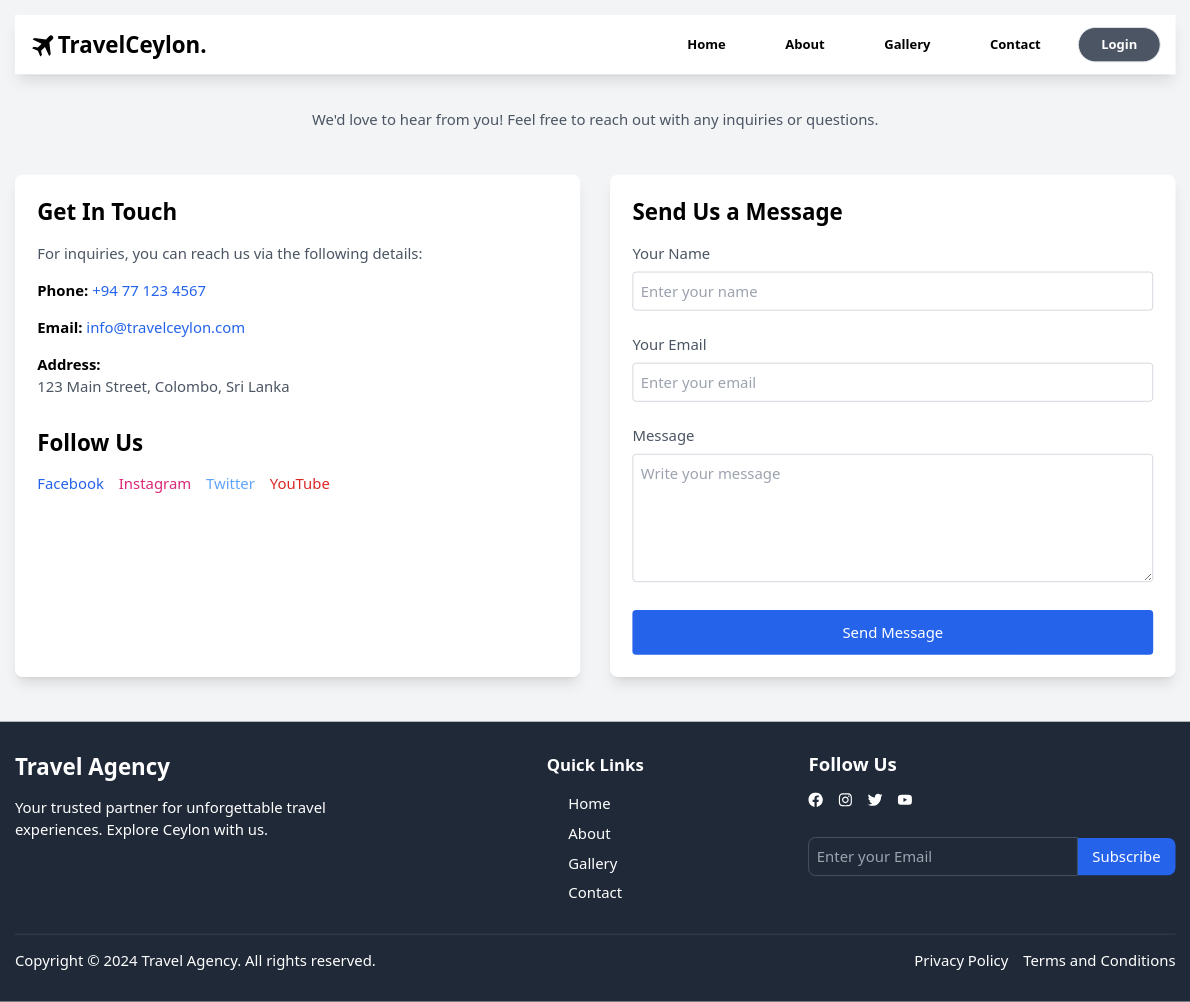
Repository: thisara199/Travel-Agency-Website
Page: /contact
These files come from the project's save history. The page is drawn as it stood at one moment and after the next save; the edit follows.
The browser window is 1280 px wide. The pictures show the whole page, at 93% of full size.
The project was rebuilt for these pictures with package versions that can differ from the ones it lists, and the page was loaded fresh each time. Also part of the build but not shown: vite.config.js, src/components/HeroSection/HeroSection.jsx, src/components/FeaturedDestination/FeaturedDestination.jsx, src/components/Testimonials/Testimonials.jsx, src/components/Banner/Banner.jsx, src/pages/Home.jsx, src/components/TeamMembers/TeamMembers.jsx, src/pages/About.jsx.

Above is the page before, as saved 2024-09-04 19:48:19.

### index.html
<!doctype html>
<html lang="en">
  <head>
    <meta charset="UTF-8" />
    <link rel="icon" type="image/svg+xml" href="/public/favicon-32x32.png" />
    <meta name="viewport" content="width=device-width, initial-scale=1.0" />
    <title>Travel Agency</title>
  </head>
  <body>
    <div id="root"></div>
    <script type="module" src="/src/main.jsx"></script>
  </body>
</html>

### src/App.jsx
import { BrowserRouter, Routes, Route } from 'react-router-dom'
import Home from './pages/Home'
import Navbar from './components/Navbar/Navbar'
import Footer from './components/Footer/Footer'
import About from './pages/About'
import Contact from './pages/Contact'

const App = () => {
  return (
    <BrowserRouter>
    <Navbar />
       <Routes>
        <Route path='/' element={<Home />} />
        <Route path='/about' element={<About />} />
        <Route path='/contact' element={<Contact />} />
       </Routes>
    <Footer />
    </BrowserRouter>
  )
}

export default App

### src/components/Navbar/Navbar.jsx
import { FaBars, FaTimes } from "react-icons/fa"
import { Link } from "react-router-dom"
import { useState } from "react"
import { BiSolidPlaneAlt } from "react-icons/bi";


const Navbar = () => {
  const [isOpen, setIsOpen] = useState(false)
  return (
    <nav className="fixed top-0 left-0 right-0 z-10 m-4 bg-white shadow-lg">
      <div className="container flex items-center justify-between h-16 px-4">
        <div className="flex items-center">
        <BiSolidPlaneAlt className="text-3xl"/>
        <h3 className="text-2xl font-bold">TravelCeylon.</h3>
        </div>
        <div className="items-center hidden space-x-4 text-sm font-bold md:flex ">
          <Link to="/" className="px-6 py-2 hover:bg-gray-600 hover:text-white">Home</Link>
          <Link to="/about" className="px-6 py-2 hover:bg-gray-600 hover:text-white">About</Link>
          <Link to="/gallery" className="px-6 py-2 hover:bg-gray-600 hover:text-white">Gallery</Link>
          <Link to="/contact" className="px-6 py-2 hover:bg-gray-600 hover:text-white">Contact</Link>
          <button className="px-6 py-2 text-white bg-gray-600 border rounded-full hover:scale-105 hover:bg-gray-500">Login</button>
        </div>
        <div className="md:hidden">
          <button onClick={() => setIsOpen(!isOpen)}>
            {isOpen ? <FaTimes /> : <FaBars />}
          </button>
        </div>
      </div>
      <div>
        {isOpen && (
           <div className="flex flex-col items-center pb-10 space-y-6 font-bold bg-white md:hidden">
           <Link to="/" className="px-6 py-2 hover:bg-gray-600 hover:text-white">Home</Link>
           <Link to="/about" className="px-6 py-2 hover:bg-gray-600 hover:text-white">About</Link>
           <Link to="/gallery" className="px-6 py-2 hover:bg-gray-600 hover:text-white">Gallery</Link>
           <Link to="/about" className="px-6 py-2 hover:bg-gray-600 hover:text-white">About</Link>
           <button className="px-6 py-2 text-white bg-gray-600 border rounded-full hover:scale-105 hover:bg-gray-500">Login</button>
         </div>
        )}
      </div>
    </nav>
  )
}

export default Navbar

### src/components/Footer/Footer.jsx
import { FaFacebook, FaInstagram, FaYoutube } from "react-icons/fa";
import { FaTwitter } from "react-icons/fa6";
import { Link } from "react-router-dom";

const Footer = () => {
  return (
    <div className="py-8 text-white bg-gray-800">
      <div className="container px-4 mx-auto">
        <div className="grid gap-8 sm:grid-cols-1 lg:grid-cols-3">
          <div>
            <h2 className="mb-4 text-2xl font-bold">Travel Agency</h2>
            <p className="mb-4">
              Your trusted partner for unforgettable travel experiences. Explore
              Ceylon with us.
            </p>
          </div>
          <div className="flex flex-col md:items-center">
            <h4 className="text-lg font-semibold">Quick Links</h4>
            <div className="flex flex-col mt-4 space-y-2">
              <Link to="/">Home</Link>
              <Link to="/about">About</Link>
              <Link to="/gallery">Gallery</Link>
              <Link to="/contact">Contact</Link> {/* Updated link */}
            </div>
          </div>
          <div>
            <h2 className="mb-4 text-xl font-bold">Follow Us</h2>
            <div className="flex mb-4 space-x-4">
              <FaFacebook className="text-white hover:text-gray-400" aria-label="Facebook" />
              <FaInstagram className="text-white hover:text-gray-400" aria-label="Instagram" />
              <FaTwitter className="text-white hover:text-gray-400" aria-label="Twitter" />
              <FaYoutube className="text-white hover:text-gray-400" aria-label="YouTube" />
            </div>
            <form action="" className="flex items-center mt-8">
              <input
                type="email"
                placeholder="Enter your Email"
                className="w-full p-2 bg-gray-800 border border-gray-600 rounded-l-lg"
              />
              <button
                type="submit"
                className="px-4 py-2 text-white bg-blue-600 rounded-r-lg hover:bg-blue-700"
              >
                Subscribe
              </button>
            </form>
          </div>
        </div>
        <div className="flex justify-between pt-4 mt-8 border-t border-gray-700">
          <p>Copyright &copy; 2024 Travel Agency. All rights reserved.</p>
          <div className="flex space-x-4">
            <Link to="/privacy" className="hover:text-gray-400">Privacy Policy</Link>
            <Link to="/terms" className="hover:text-gray-400">Terms and Conditions</Link>
          </div>
        </div>
      </div>
    </div>
  );
};

export default Footer;

### src/pages/Contact.jsx
const Contact = () => {
  return (
    <div className="py-12 overflow-x-hidden bg-gray-100"> {/* Added overflow-x-hidden */}
      <div className="container max-w-full px-4 mx-auto"> {/* Ensuring full width on all devices */}
        <h2 className="mb-8 text-3xl font-bold text-center">Contact Us</h2>
        <p className="mb-12 text-center text-gray-600">
          We&apos;d love to hear from you! Feel free to reach out with any inquiries or questions.
        </p>

        <div className="grid gap-8 sm:grid-cols-1 md:grid-cols-2">
          {/* Contact Details */}
          <div className="p-6 bg-white rounded-lg shadow-lg">
            <h3 className="mb-4 text-2xl font-semibold">Get In Touch</h3>
            <p className="mb-4 text-gray-600">For inquiries, you can reach us via the following details:</p>
            <ul>
              <li className="mb-4">
                <strong>Phone:</strong>{' '}
                <a href="tel:+94-771234567" className="text-blue-600 hover:underline">
                  +94 77 123 4567
                </a>
              </li>
              <li className="mb-4">
                <strong>Email:</strong>{' '}
                <a href="mailto:info@travelceylon.com" className="text-blue-600 hover:underline">
                  info@travelceylon.com
                </a>
              </li>
              <li className="mb-4">
                <strong>Address:</strong>
                <p className="text-gray-600">123 Main Street, Colombo, Sri Lanka</p>
              </li>
            </ul>

            <h3 className="mt-8 mb-4 text-2xl font-semibold">Follow Us</h3>
            <div className="flex space-x-4">
              <a
                href="https://facebook.com"
                target="_blank"
                rel="noopener noreferrer"
                className="text-blue-600 hover:text-blue-800"
              >
                <i className="fab fa-facebook-f"></i> Facebook
              </a>
              <a
                href="https://instagram.com"
                target="_blank"
                rel="noopener noreferrer"
                className="text-pink-600 hover:text-pink-800"
              >
                <i className="fab fa-instagram"></i> Instagram
              </a>
              <a
                href="https://twitter.com"
                target="_blank"
                rel="noopener noreferrer"
                className="text-blue-400 hover:text-blue-600"
              >
                <i className="fab fa-twitter"></i> Twitter
              </a>
              <a
                href="https://youtube.com"
                target="_blank"
                rel="noopener noreferrer"
                className="text-red-600 hover:text-red-800"
              >
                <i className="fab fa-youtube"></i> YouTube
              </a>
            </div>
          </div>

          {/* Contact Form */}
          <div className="p-6 bg-white rounded-lg shadow-lg">
            <h3 className="mb-4 text-2xl font-semibold">Send Us a Message</h3>
            <form action="" className="space-y-6">
              <div>
                <label className="block mb-2 text-gray-600">Your Name</label>
                <input
                  type="text"
                  className="w-full p-2 border border-gray-300 rounded"
                  placeholder="Enter your name"
                  required
                />
              </div>
              <div>
                <label className="block mb-2 text-gray-600">Your Email</label>
                <input
                  type="email"
                  className="w-full p-2 border border-gray-300 rounded"
                  placeholder="Enter your email"
                  required
                />
              </div>
              <div>
                <label className="block mb-2 text-gray-600">Message</label>
                <textarea
                  className="w-full p-2 border border-gray-300 rounded"
                  rows="5"
                  placeholder="Write your message"
                  required
                ></textarea>
              </div>
              <button
                type="submit"
                className="w-full py-3 text-white bg-blue-600 rounded hover:bg-blue-800"
              >
                Send Message
              </button>
            </form>
          </div>
        </div>
      </div>
    </div>
  );
};

export default Contact;

### src/components/Services/Services.jsx
import { FaConciergeBell, FaHotel, FaPlane, FaUmbrellaBeach } from 'react-icons/fa';

const services = [
  {
    icon: <FaPlane className='text-4xl text-blue-500' />,
    title: 'Flight Booking',
    description: 'Effortlessly book your flights with our streamlined process and find the best deals.',
  },
  {
    icon: <FaHotel className='text-4xl text-blue-500' />,
    title: 'Hotel Booking',
    description: 'Secure your ideal hotel stay quickly with our simple booking system and exclusive offers.',
  },
  {
    icon: <FaUmbrellaBeach className='text-4xl text-blue-500' />,
    title: 'Beach Tours',
    description: 'Discover pristine beaches and breathtaking views with our curated beach tour packages.',
  },
  {
    icon: <FaConciergeBell className='text-4xl text-blue-500' />,
    title: 'Concierge Services',
    description: 'Enjoy personalized concierge services that cater to all your needs, ensuring a seamless experience.',
  },
];

const Services = () => {
  return (
    <div className='py-12 bg-gray-100'>
      <div className='container px-4 mx-auto'>
        <h2 className='mb-8 text-3xl font-bold text-center'>Our Services</h2>
        <div data-aos="flip-left" className='grid gap-6 sm:grid-cols-2 lg:grid-cols-3 xl:grid-cols-4 '>
          {services.map((service) => (
            <div  key={service.title} className='flex flex-col items-center p-8 transition duration-300 transform bg-white rounded-lg shadow-md cursor-pointer hover:scale-110'>
              <div className='flex justify-center py-6 mb-4'>
                {service.icon}
              </div>
              <h3 className='mb-2 text-xl font-bold text-center'>{service.title}</h3>
              <p className='py-5 text-center text-gray-600'>{service.description}</p>
            </div>
          ))}
        </div>
      </div>
    </div>
  );
};

export default Services;

Loaded but not shown: src/main.jsx (common file); src/index.css (common file); tailwind.config.js (common file)

After the next save:
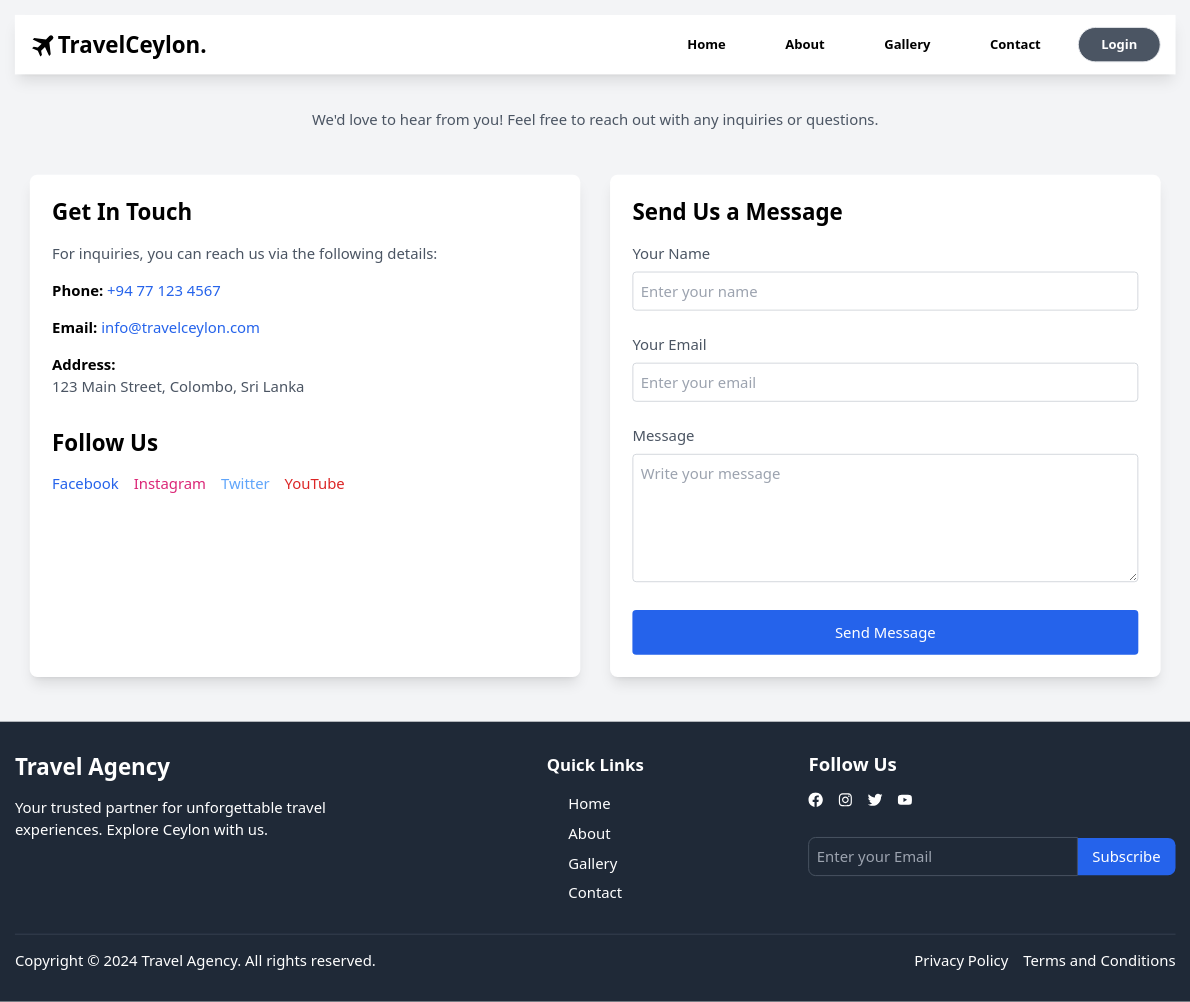
Saved 47 s later.
--- a/src/pages/Contact.jsx
+++ b/src/pages/Contact.jsx
@@ -1,6 +1,6 @@
 const Contact = () => {
   return (
-    <div className="py-12 overflow-x-hidden bg-gray-100"> {/* Added overflow-x-hidden */}
+    <div className="px-4 py-12 overflow-x-hidden bg-gray-100"> {/* Added overflow-x-hidden */}
       <div className="container max-w-full px-4 mx-auto"> {/* Ensuring full width on all devices */}
         <h2 className="mb-8 text-3xl font-bold text-center">Contact Us</h2>
         <p className="mb-12 text-center text-gray-600">
